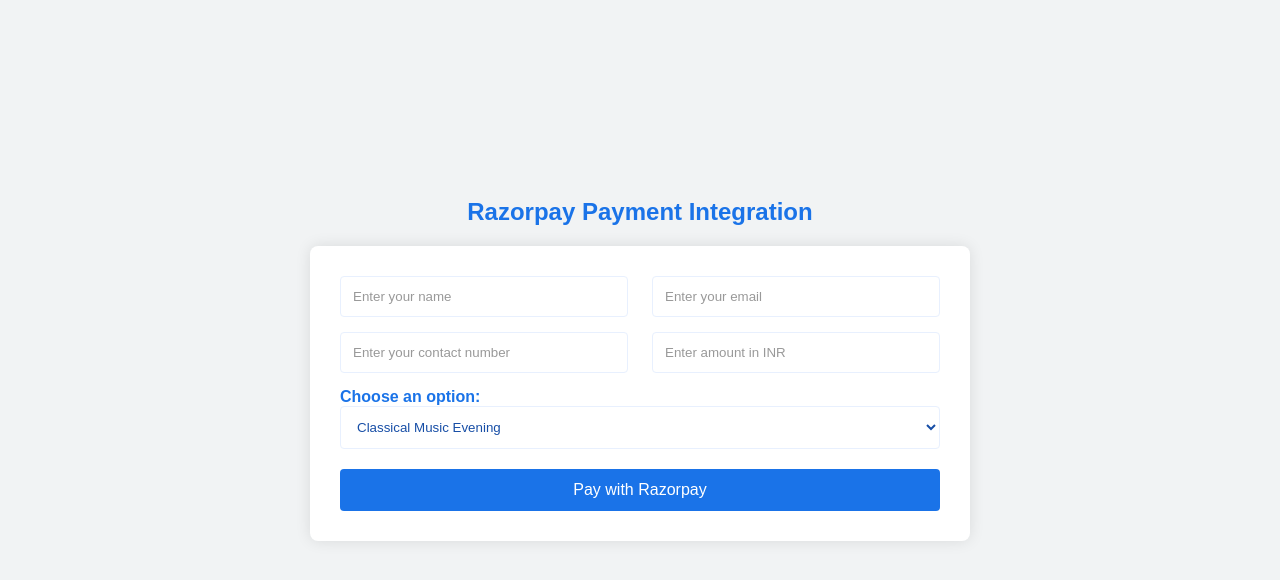
Repository: SharonSebastian32/razorpaypaymentgateway_implementation
Page: bookEventpage.html
An editor plug-in stored every save of this project. The page is shown before and after a run of saves, followed by the edit.
The browser window is 1280 px wide. The pictures show the whole page.

Above is the page before, as saved 2024-08-09 07:40:09.

### bookEventpage.html
<!DOCTYPE html>
<html lang="en">
  <head>
    <meta charset="UTF-8" />
    <meta name="viewport" content="width=device-width, initial-scale=1.0" />
    <title>Razorpay Payment Integration</title>
    <style>
      :root {
        --primary-blue: #1a73e8;
        --light-blue: #e8f0fe;
        --dark-blue: #174ea6;
        --white: #ffffff;
        --light-gray: #f1f3f4;
      }

      body {
        font-family: Arial, sans-serif;
        background-color: var(--light-gray);
        display: flex;
        justify-content: center;
        align-items: center;
        height: 100vh;
        margin: 0;
      }

      h2 {
        text-align: center;
        color: var(--primary-blue);
        margin-bottom: 20px;
      }

      #paymentForm {
        background-color: var(--white);
        padding: 30px;
        border-radius: 8px;
        box-shadow: 0 0 15px rgba(0, 0, 0, 0.1);
        width: 600px;
      }

      .form-row {
        display: flex;
        justify-content: space-between;
        margin-bottom: 15px;
      }

      .form-group {
        flex: 0 0 48%;
      }

      input,
      select {
        width: 100%;
        padding: 12px;
        border: 1px solid var(--light-blue);
        border-radius: 4px;
        box-sizing: border-box;
        background-color: var(--white);
        color: var(--dark-blue);
        transition: border-color 0.3s ease;
      }

      input:focus,
      select:focus {
        outline: none;
        border-color: var(--primary-blue);
      }

      input::placeholder {
        color: #999;
      }

      label {
        display: block;
        margin-top: 15px;
        color: var(--primary-blue);
        font-weight: bold;
      }

      #rzp-button1 {
        width: 100%;
        padding: 12px;
        background-color: var(--primary-blue);
        color: var(--white);
        border: none;
        border-radius: 4px;
        cursor: pointer;
        font-size: 16px;
        margin-top: 20px;
        transition: background-color 0.3s ease;
      }

      #rzp-button1:hover {
        background-color: var(--dark-blue);
      }
    </style>
  </head>
  <body>
    <div>
      <h2>Razorpay Payment Integration</h2>
      <form id="paymentForm">
        <div class="form-row">
          <div class="form-group">
            <input
              type="text"
              id="name"
              placeholder="Enter your name"
              required
            />
          </div>
          <div class="form-group">
            <input
              type="email"
              id="email"
              placeholder="Enter your email"
              required
            />
          </div>
        </div>
        <div class="form-row">
          <div class="form-group">
            <input
              type="text"
              id="contact"
              placeholder="Enter your contact number"
              required
            />
          </div>
          <div class="form-group">
            <input
              type="text"
              id="amount"
              placeholder="Enter amount in INR"
              required
            />
          </div>
        </div>
        <label for="choices">Choose an option:</label>
        <select id="choices" name="choices">
          <!-- Options will be dynamically generated here -->
        </select>
        <button id="rzp-button1" type="submit">Pay with Razorpay</button>
      </form>
    </div>

    <!--------------------------paymentGatewayScripts--------------->
    <script src="./Script/paymentGateway.js"></script>

    <!--------------------------razorpayScript ---------------------->
    <script src="https://checkout.razorpay.com/v1/checkout.js"></script>
  </body>
</html>

### Script/paymentGateway.js
document.getElementById("paymentForm").addEventListener("submit", function (e) {
  e.preventDefault();
  var name = document.getElementById("name").value;
  var email = document.getElementById("email").value;
  var contact = document.getElementById("contact").value;
  var amount = document.getElementById("amount").value * 100;
  // Convert amount to paise

  var options = {
    key: "rzp_test_gCzBTQcb92KH3e", // Enter the Key ID generated from the Dashboard
    amount: amount.toString(), // Amount in currency subunits (100 paise = 1 INR)
    currency: "INR",
    name: "Ozwalz Events",
    description: "Thank You for booking event with Ozwalz Events",
    image: "./assets/images/logo.png",

    handler: function (response) {
      // Handle the response from Razorpay after payment
      // You can redirect to another page or save the response to your database
    },
    prefill: {
      name: name,
      email: email,
      contact: contact,
    },
    notes: {
      description: "Thank You for booking event with Ozwalz Events",
    },
    theme: {
      color: "#red",
    },
  };

  var rzp1 = new Razorpay(options);
  rzp1.open();
});

// API FOR FETCHING EVENTNAME

let eventData;

fetch("./JSON/event.json")
  .then((response) => response.json())
  .then((data) => {
    eventData = data;

    // Populate the select element with event names
    const selectElement = document.getElementById("choices");
    data.forEach((event) => {
      const option = document.createElement("option");
      option.value = event.id;
      option.text = event.eventName;
      selectElement.add(option);
    });

    // Add event listener to the select element
    selectElement.addEventListener("change", updatePriceInput);
  })
  .catch((error) => console.error("Error:", error));

function updatePriceInput() {
  const selectedEventId = document.getElementById("choices").value;
  const selectedEvent = eventData.find((event) => event.id === selectedEventId);

  if (selectedEvent) {
    document.getElementById("amount").value = selectedEvent.price.basePrice;
  } else {
    document.getElementById("amount").value = "";
  }
}

Loaded but not shown: JSON/event.json (899 lines, source omitted)

After the next 2 saves:
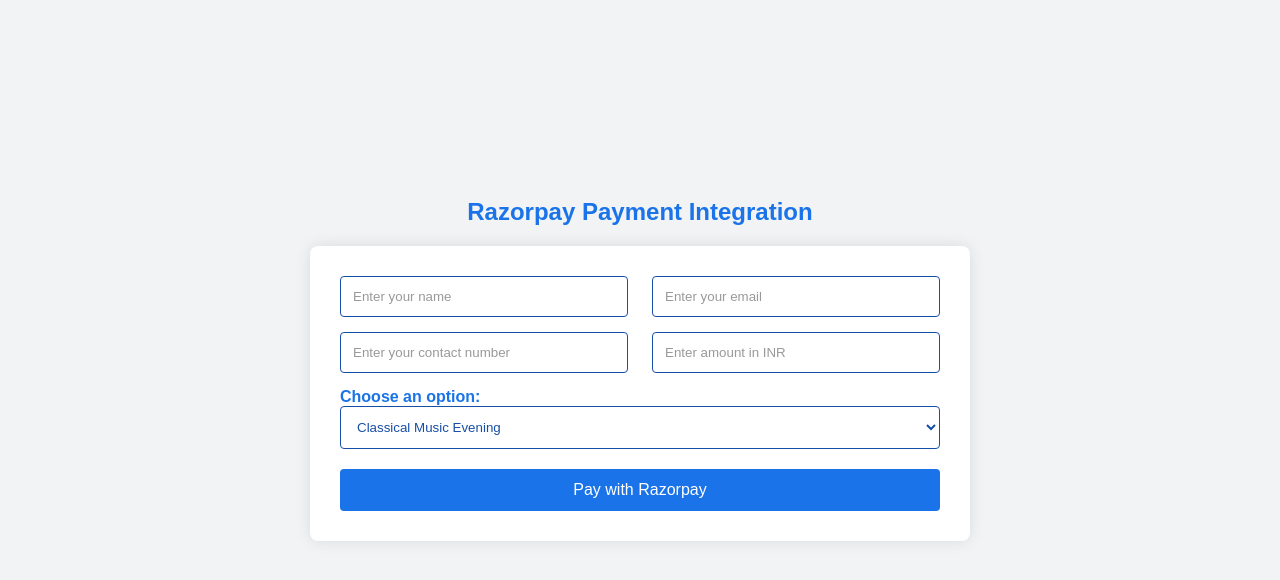
The 2 saves are shown as one change because they came seconds apart.
The last was saved 50 s later.
--- a/bookEventpage.html
+++ b/bookEventpage.html
@@ -51,7 +51,7 @@
       select {
         width: 100%;
         padding: 12px;
-        border: 1px solid var(--light-blue);
+        border: 1px solid var(--dark-blue);
         border-radius: 4px;
         box-sizing: border-box;
         background-color: var(--white);
